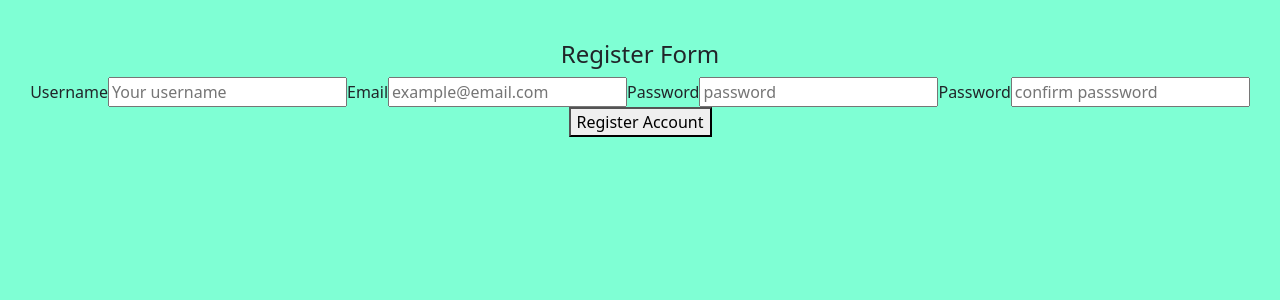
Repository: abgdev1997/proyecto-evo
Page: /
These files come from the project's save history. The page is drawn as it stood at one moment and after the next save; the edit follows.
The browser window is 1280 px wide. The pictures show the whole page.
The project was rebuilt for these pictures with package versions that can differ from the ones it lists, and the page was loaded fresh each time. Also part of the build but not shown: src/models/levels.enum.js, src/models/levels.class.js, src/styles/task.scss, src/components/pure/task_component.jsx, src/components/pure/forms/taskForm.jsx, src/components/container/task_list.jsx.

Above is the page before, as saved 2022-02-16 11:38:35.

### src/index.js
import React from 'react';
import ReactDOM from 'react-dom';
import 'bootstrap/dist/css/bootstrap.css';
import 'bootstrap-icons/font/bootstrap-icons.css';
import './index.css';
import App from './App';

ReactDOM.render(
  <React.StrictMode>
    <App />
  </React.StrictMode>,
  document.getElementById('root')
);

### src/index.css
body{
    display: flex;
    align-items: center;
    justify-content: center;
    padding-top: 40px;
    padding-bottom: 40px;
    background-color: aquamarine;
}

### src/App.js
import './App.css';
import TaskList from './components/container/task_list';
import RegisterForm from './components/pure/forms/registerForm';

function App() {
  return (
    <div className="App">
        {/* Componente de listado de tareas */}
        <RegisterForm></RegisterForm>
    </div>
  );
}

export default App;

### src/components/pure/forms/registerForm.jsx
import React from 'react';
import { User } from '../../../models/user.class.js'
import { Formik, Form, Field, ErrorMessage } from 'formik'
import * as Yup from 'yup';
import { ROLES } from '../../../models/roles.enum';

const RegisterForm = () => {

    let user = new User();

    const initialValues = {
        username: '',
        email: '',
        password: '',
        confirm: '',
        role: ROLES.USER
    }

    const registerSchema = Yup.object().shape(
        {
            username: Yup.string()
                .min(6, 'Username too short')
                .max(12, 'Username too long')
                .required('Username is required'),
            email: Yup.string()
                .email('Invalid email format')
                .required('Email is required'),
            role: Yup.string()
                .oneOf([ROLES.USER, ROLES.ADMIN], 'You must select a Role: User / Admin')
                .required('Role is required'),
            password: Yup.string()
                .min(8, 'Password too short')
                .required('Password is required'),
            confirm: Yup.string()
                .when("password", {
                    is: value => (value && value.length > 0 ? true : false),
                    then: Yup.string().oneOf(
                        [Yup.ref("password")],
                        '¡Passwords must match!'
                    )
                }).required('You must confirm the password')
        }
    )

    const submit = (values) => {
        alert('Register user')
    }

    return (
        <div>
            <h4>Register Form</h4>
            <Formik
                initialValues = {initialValues}
                // *** Yup Validation Schema ***
                validationSchema = {registerSchema}
                // ** onSubmit Event
                onSubmit={async (values) => {
                    await new Promise((r) => setTimeout(r, 1000));
                    alert(JSON.stringify(values, null, 2))
                }}
            >

            {({ values,
                    touched,
                    errors,
                    isSubmitting,
                    handleChange,
                    handleBlur }) => (
                        <Form>
                            <label htmlFor="username">Username</label>
                            <Field id="username" type="text" name="username" placeholder="Your username" />
                            {
                                errors.username && touched.username &&
                                (
                                    <ErrorMessage name="username" component='div'></ErrorMessage>
                                )
                            }

                            <label htmlFor="email">Email</label>
                            <Field id="email" type="email" name="email" placeholder="example@email.com" />
                            {
                                errors.email && touched.email &&
                                (
                                    <ErrorMessage name="email" component='div'></ErrorMessage>
                                )
                            }

                            <label htmlFor="password">Password</label>
                            <Field
                                id="password"
                                name="password"
                                placeholder="password"
                                type='password'
                            />
                            {
                                errors.password && touched.password &&
                                (
                                    <ErrorMessage name="password" component='div'></ErrorMessage>
                                )
                            }

                            <label htmlFor="confirm">Password</label>
                            <Field
                                id="confirm"
                                name="confirm"
                                placeholder="confirm passsword"
                                type='password'
                            />
                            {
                                errors.confirm && touched.confirm &&
                                (
                                    <ErrorMessage name="confirm" component='div'></ErrorMessage>
                                )
                            }

                            <button type="submit">Register Account</button>
                            {isSubmitting ? (<p>Sending your credentials...</p>): null}

                        </Form>
                    )
            }

            </Formik>
        </div>
    );
}

export default RegisterForm;

### src/models/user.class.js
import { ROLES } from "./roles.enum";

export class User {
    username = '';
    email = '';
    password = '';
    role = ROLES.USER;

    constructor(username, email, password, role){
        this.username = username;
        this.email = email;
        this.password = password;
        this.role = role;
    }

}

### src/models/roles.enum.js
export const ROLES = {
    USER : 'user',
    ADMIN: 'admin',
}

### src/components/pure/forms/loginForm.jsx
import React from 'react';
import { useHistory } from 'react-router-dom';
import { Formik, Field, Form, ErrorMessage } from 'formik';
import * as Yup from 'yup';

const loginSchema = Yup.object().shape(
    {
        email: Yup.string()
                .email('Invalid email format')
                .required('Email is required'),
        password: Yup.string()
                .required('Password is required')
    }
);

const LoginForm = () => {
    const initialCredentials = {
        email: '',
        password: ''
    }

    const history = useHistory();

    return (
        <div>
            <h4>Login Form</h4>
            <Formik
                initialValues = { initialCredentials }
                validationSchema = {loginSchema}
                onSubmit={async (values) => {
                    await new Promise((r) => setTimeout(r, 1000));
                    alert(JSON.stringify(values, null, 2));
                    await localStorage.setItem('credentials', values);
                    history.push('/profile');
                }}
            >

                {({ values,
                    touched,
                    errors,
                    isSubmitting,
                    handleChange,
                    handleBlur }) => (
                        <Form>
                            <label htmlFor="email">Email</label>
                            <Field id="email" type="email" name="email" placeholder="Enter your Email" />
                            {
                                errors.email && touched.email &&
                                (
                                    <ErrorMessage name="email" component='div'></ErrorMessage>
                                )
                            }

                            <label htmlFor="password">Password</label>
                            <Field
                                id="password"
                                name="password"
                                placeholder="password"
                                type='password'
                            />
                            {
                                errors.password && touched.password &&
                                (
                                    <ErrorMessage name="password" component='div'></ErrorMessage>
                                )
                            }
                            <button type="submit">Login</button>
                            {isSubmitting ? (<p>Login your credentials...</p>): null}
                        </Form>
                )}
            </Formik>
        </div>
    );
}


export default LoginForm;

Loaded but not shown: public/index.html (common file); src/App.css (common file)

After the next save:
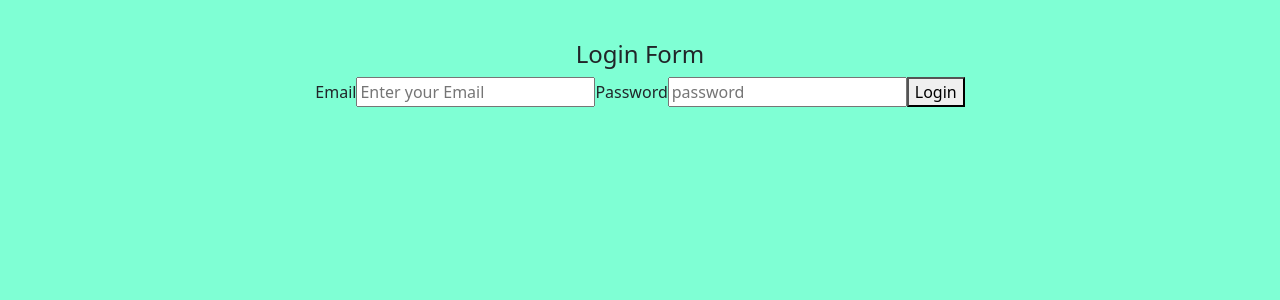
Saved 17 s later.
--- a/src/App.js
+++ b/src/App.js
@@ -1,12 +1,13 @@
 import './App.css';
 import TaskList from './components/container/task_list';
+import LoginForm from './components/pure/forms/loginForm';
 import RegisterForm from './components/pure/forms/registerForm';
 
 function App() {
   return (
     <div className="App">
         {/* Componente de listado de tareas */}
-        <RegisterForm></RegisterForm>
+        <LoginForm></LoginForm>
     </div>
   );
 }

After the save that followed:
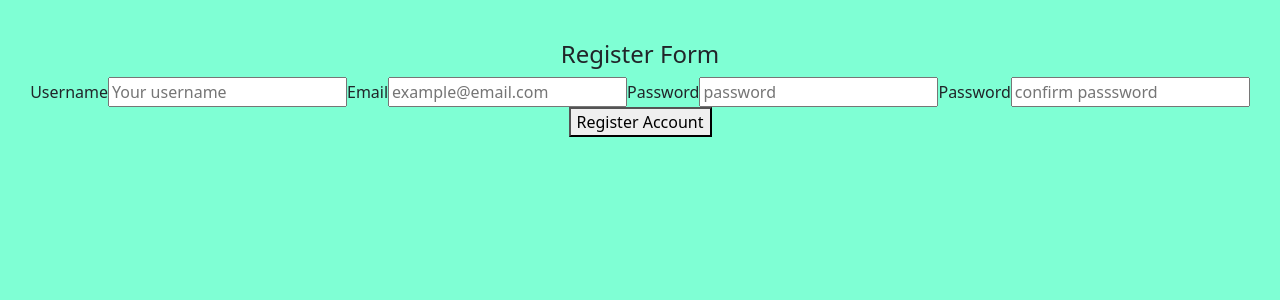
Saved 3 min 18 s later.
--- a/src/App.js
+++ b/src/App.js
@@ -7,7 +7,7 @@
   return (
     <div className="App">
         {/* Componente de listado de tareas */}
-        <LoginForm></LoginForm>
+        <RegisterForm></RegisterForm>
     </div>
   );
 }
